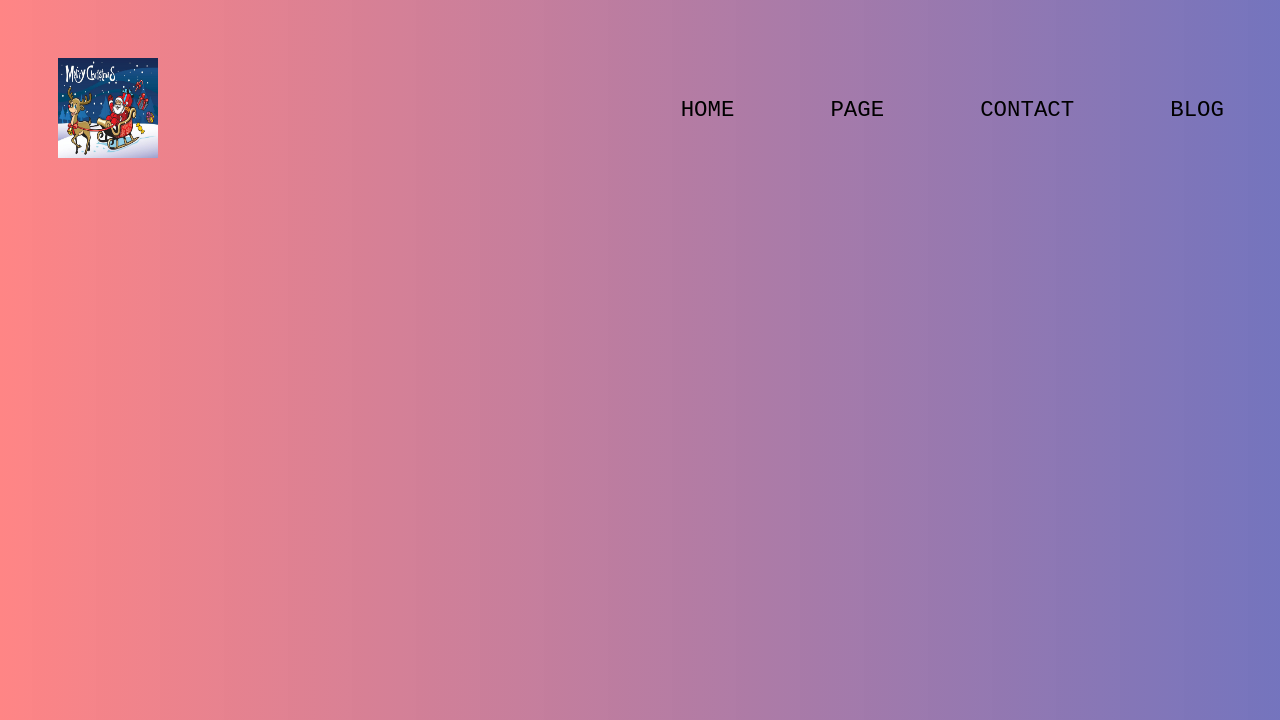
Repository: 16-Doffy/FE-UI
Page: menu/index.html
The author's editor kept a copy of each file at every save. The page is drawn from the files as they stood at one save, then again after the next save.
The browser window is 1280 px wide. The pictures show the whole page.

Above is the page before, as saved 2024-12-23 18:07:57.

### menu/index.html
<!DOCTYPE html>
<html lang="en">
<head>
    <meta charset="UTF-8">
    <meta name="viewport" content="width=device-width, initial-scale=1.0">
    <link rel="stylesheet" href="styles.css">
    <link href="https://cdnjs.cloudflare.com/ajax/libs/font-awesome/6.5.1/css/all.min.css" rel="stylesheet">

    <title>Document</title>
</head>
<body>
    <div class="header">
        <div class="header-inner">
            <div class="logo">
                <img src="../img/n3.jpg" alt="">
            </div>
            <ul class="menu">
                <li class="menu-item">
                    <a href="" class="menu-link">Home</a>
                <div class="menu-child" >
                    <div class="menu-child-item">
                        <h4>Giày</h4>
                        <ul class="menu-child-first" style="list-style: none;">
                            <li>Vans</li>
                            <li>Nike AF1</li>
                            <li>Convert</li>
                            <li>Cross</li>
                            <li>...</li>
                        </ul>
                    </div>
                    <div class="menu-child-item">
                        <h4>Áo</h4>
                        <ul class="menu-child-first" style="list-style: none;">
                            <li>Áo Khoác</li>
                            <li>Bomber</li>
                            <li>Áo Phao</li>
                            <li>Áo Thun</li>
                            <li>...</li>
                        </ul>
                    </div>
                    <div class="menu-child-item">
                        <h4>Quần</h4>
                        <ul class="menu-child-first" style="list-style: none;">
                            <li>Quần Da</li>
                            <li>Short</li>
                            <li>Kaki</li>
                            <li>Tây</li>
                            <li>...</li>
                        </ul>
                    </div>
                    <div class="menu-child-item">
                        <h4>Phụ Kiện</h4>
                        <ul class="menu-child-first" style="list-style: none;">
                            <li>Nhẫn</li>
                            <li>Vòng cổ</li>
                            <li>Lắc tay</li>
                            <li> Thắc lưng</li>         <li>...</li>
                        </ul>
                    </div>
                </div>
                </li>
                <li class="menu-item"><a href="" class="menu-link">page</a></li>
                <li class="menu-item"><a href="" class="menu-link">contact</a></li>
                <li class="menu-item"><a href="" class="menu-link">blog</a></li>
            </ul>
        </div>
    </div>
</body>
</html>

### menu/styles.css
:root {
    --color: #05219ba1;
    --fs: 15px;
}
body {
    background-image: linear-gradient(to left, rgba(6, 6, 138, 0.555), rgba(255, 0, 0, 0.479));
    font-family: monospace;
}

.header-inner {
    max-width: 1024;
    margin: 0 auto;
    display: flex;
    align-items: center;
    justify-content: space-between;
    position: relative;
}
.logo{
  max-width: 2rem;
}
.logo img{
   width: 100px;
   height: 100px;
   padding: 50px;
   border-radius: 50px;
  }
.menu {
    display: flex;
    align-items: center;
}
.menu-item {
    margin: 0 1rem;
    list-style: none;
}
.menu-item:hover .menu-child {
    opacity: 1;
    visibility: visible;
}
.menu-link {
color: black;
text-transform: uppercase;
text-decoration: none;
font-size: 1.4rem;
display: flex;
padding: 2rem;
list-style: none;
}

.menu-child{
position: absolute;
top: 100%;
left: 0;
width: 100%;
background-image: linear-gradient(to right,rgba(4, 4, 88, 0.26),#6A5AF9);
display: flex;
opacity: 0;
visibility: hidden;
transition:  0.25s linear;
}
.menu-child-item{
    padding: 20px;
    list-style: none;
width: 25%;
}
.menu-child-item h4{
    list-style: none;
    color: white;
    font-size: 1.2rem;
    padding: 1rem;
    justify-content: center;
    width: 50%;
    gap: 10px;
    background-image: linear-gradient(to right,rgba(13, 13, 128, 0.568),#6A5AF9);
}
.menu-child-first{
color: rgba(251, 251, 252, 0.747);
font-size: 1.3rem;
font-weight: 600;
justify-content: center;
align-items: center;
}

After the next save:
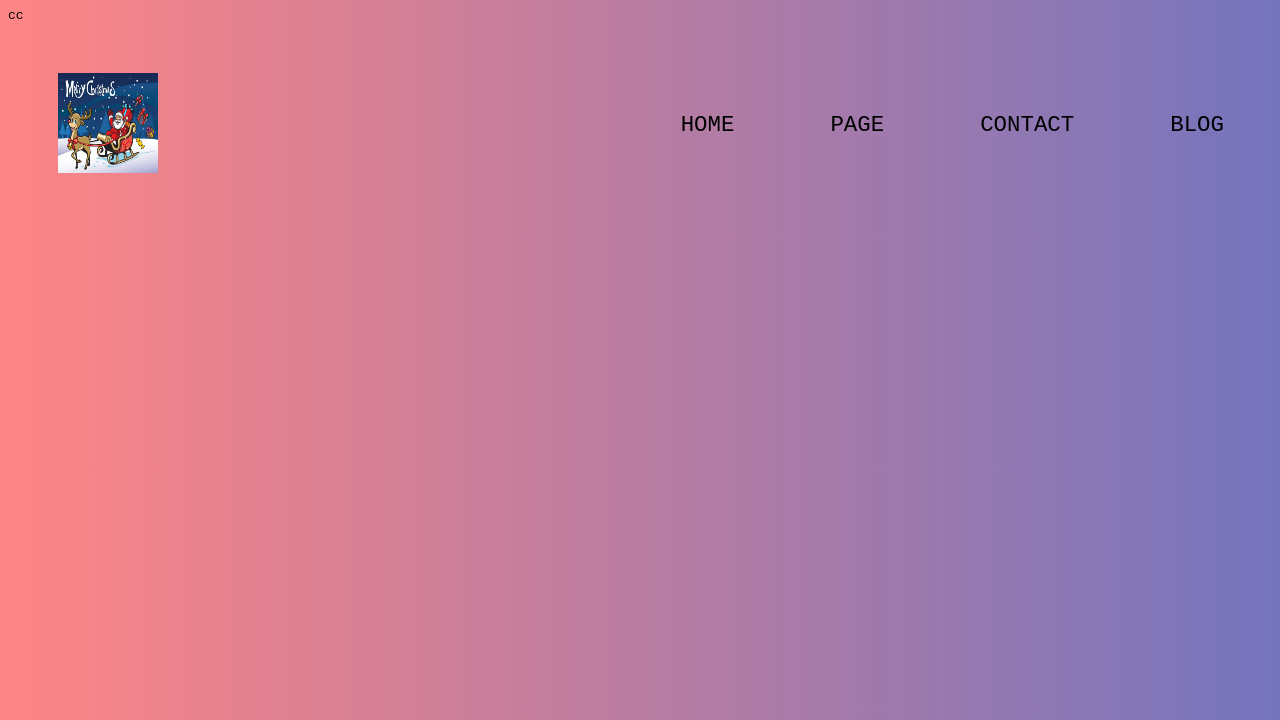
Saved 51 s later.
--- a/menu/index.html
+++ b/menu/index.html
@@ -9,6 +9,7 @@
     <title>Document</title>
 </head>
 <body>
+    <div class="lp">cc</div>
     <div class="header">
         <div class="header-inner">
             <div class="logo">

After the save that followed:
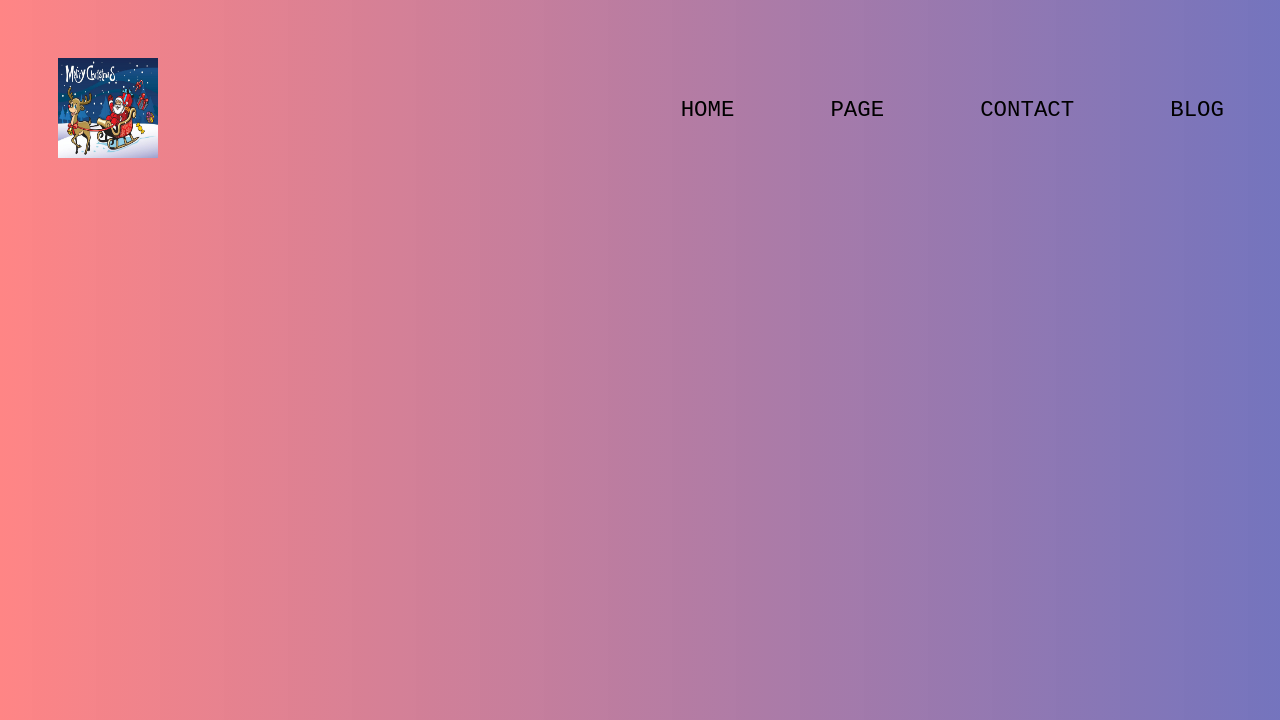
Saved 11 s later.
--- a/menu/index.html
+++ b/menu/index.html
@@ -9,7 +9,6 @@
     <title>Document</title>
 </head>
 <body>
-    <div class="lp">cc</div>
     <div class="header">
         <div class="header-inner">
             <div class="logo">
@@ -66,5 +65,7 @@
             </ul>
         </div>
     </div>
+
+
 </body>
 </html>
